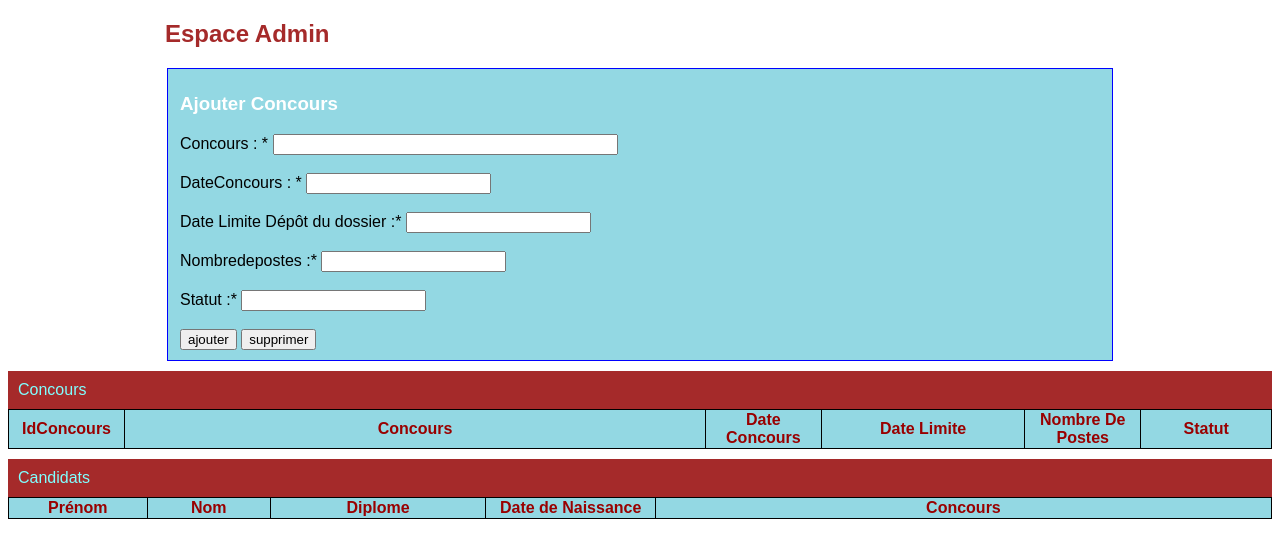
Repository: yahouari/Stage2019
Page: http://localhost/test/Gestion.jsp
These files come from the project's save history. The page is drawn as it stood at one moment and after the next save; the edit follows.
The browser window is 1280 px wide. The pictures show the whole page.
The page is served by Tomcat 9. Other server files are loaded and not shown. Queries for data that is not in the repository find no rows.

Above is the page before, as saved 2019-07-29 09:18:55.

### test/WebContent/Gestion.jsp
<%@ page pageEncoding="UTF-8" %>
<!DOCTYPE html>
<html>
<head>
		<meta charset="utf-8" />
		<link type="text/css" rel="stylesheet" href="inc/gest.css" />
        <title> Espace Admin</title>
</head>
<body>

        <div>
            <form method="get" action="GestionServlet">
            <h2><font color="brown"> Espace Admin</font></h2>

			  <fieldset>
			  <h3> Ajouter Concours</h3>
			  <label for="Concours">Concours : <span class="requis">*</span></label>
              <input type="text" id="Concours" name="Concours" value="" size="40" maxlength="40" />
              <br />
              <br />

              <label for="DateConcours">DateConcours : <span class="requis">*</span></label>
              <input type="text" id="dateConcours" name="dateConcours" value="" size="20" maxlength="20" />
              <br />
              <br />

              <label for="DateLimite">Date Limite Dépôt du dossier :<span class="requis">*</span></label>
              <input type="text" id="DateLimite" name="DateLimite" value="" size="20" maxlength="20" />
              <br />
              <br />

              <label for="nombredepostes">Nombredepostes :<span class="requis">*</span></label>
              <input type="text" id="nombredepostes" name="nombredepostes" value="" size="20" maxlength="20" />
              <br />
              <br />
               <label for="statut">Statut :<span class="requis">*</span></label>
              <input type="text" id="statut" name="statut" value="" size="20" maxlength="20" />
              <br />
              <br />



              <input type="submit" value="ajouter"  />
              <form>


			  <input type="submit" value="supprimer"  />
			  </fieldset>

        </div>
         <legend>Concours</legend>

    <div >



              <table >
                    <tbody>
                    <tr bgcolor="#93d8e3" >
                    <th style="width:8%">IdConcours</th>

                    <th style="width:40%">Concours</th>
                    <th style="width:8%">Date Concours</th>
                    <th style="width:14%">Date Limite</th>
		            <th style="width:8%">Nombre De Postes</th>

		            <th style="width:9%">Statut</th>

                    </tr>
                    <%@page import="java.sql.Connection"%>
					<%@page import="java.sql.DriverManager"%>
					<%@page import="java.sql.PreparedStatement"%>
					<%@page import="java.sql.ResultSet"%>
                  <%
                try {
                	Class.forName("com.mysql.jdbc.Driver");

                    Connection cn = DriverManager.getConnection("jdbc:mysql://localhost:3306/form","root","");

                    PreparedStatement statement = cn.prepareStatement("SELECT * FROM `gestion` order by idg");
                    ResultSet Rs = statement.executeQuery() ;


                    while (Rs.next()) {
            %>
            <tr class="info">
                <td><%=Rs.getString("idg")%></td>
                <td><%=Rs.getString("concours")%></td>
                <td><%=Rs.getString("dateconcours")%></td>
                <td><%=Rs.getString("datelimite")%></td>
                <td><%=Rs.getString("nombredepostes")%></td>
                <td><%=Rs.getString("Statut")%></td>

            </tr>
            <%
                    }

                } catch (Exception e) {
                    e.printStackTrace();
                }
            %>
        </table>
    </div>

    <legend>Candidats</legend>

    <div >



              <table >
                    <tbody>
                    <tr bgcolor="#93d8e3" >
                    <th style="width:9%">Prénom</th>
                    <th style="width:8%">Nom</th>
                    <th style="width:14%">Diplome</th>
		            <th style="width:11%">Date de Naissance</th>

		            <th style="width:40%">Concours</th>

                    </tr>
                    <%@page import="java.sql.Connection"%>
					<%@page import="java.sql.DriverManager"%>
					<%@page import="java.sql.PreparedStatement"%>
					<%@page import="java.sql.ResultSet"%>
                  <%
                try {
                	Class.forName("com.mysql.jdbc.Driver");

                    Connection cn = DriverManager.getConnection("jdbc:mysql://localhost:3306/form","root","");

                    PreparedStatement statement = cn.prepareStatement("select * from candidat");
                    ResultSet Rs = statement.executeQuery() ;


                    while (Rs.next()) {
            %>
            <tr class="info">
                <td><%=Rs.getString("prenom")%></td>
                <td><%=Rs.getString("nom")%></td>
                <td><%=Rs.getString("diplome")%></td>
                <td><%=Rs.getString("date_naissance")%></td>
                <td><%=Rs.getString("concours")%></td>
            </tr>
            <%
                    }

                } catch (Exception e) {
                    e.printStackTrace();
                }
            %>
        </table>














    </div>





</body>
</html>

### test/WebContent/inc/gest.css
@charset "UTF-8";
html {
  font-family: sans-serif;
}

form {
  width: 950px;
  margin: 0 auto;
}

div {
  margin-bottom: 10px;
}

fieldset {
  background: #93d8e3;
  border: 1px solid blue;
}

legend {
  padding: 10px;
  background: brown;
  color: #80ffff;
}

#otherValue
{
  display: none;
}

#other:checked ~ #otherValue
{
  display: inline-block;
}
table
{
    border-collapse: collapse;
    color: #900;

}
td, th /* Mettre une bordure sur les td ET les th */
{
    border: 1px solid black;
    color: #900;
}
h3
{
	 color: #ffffff
}

After the next save:
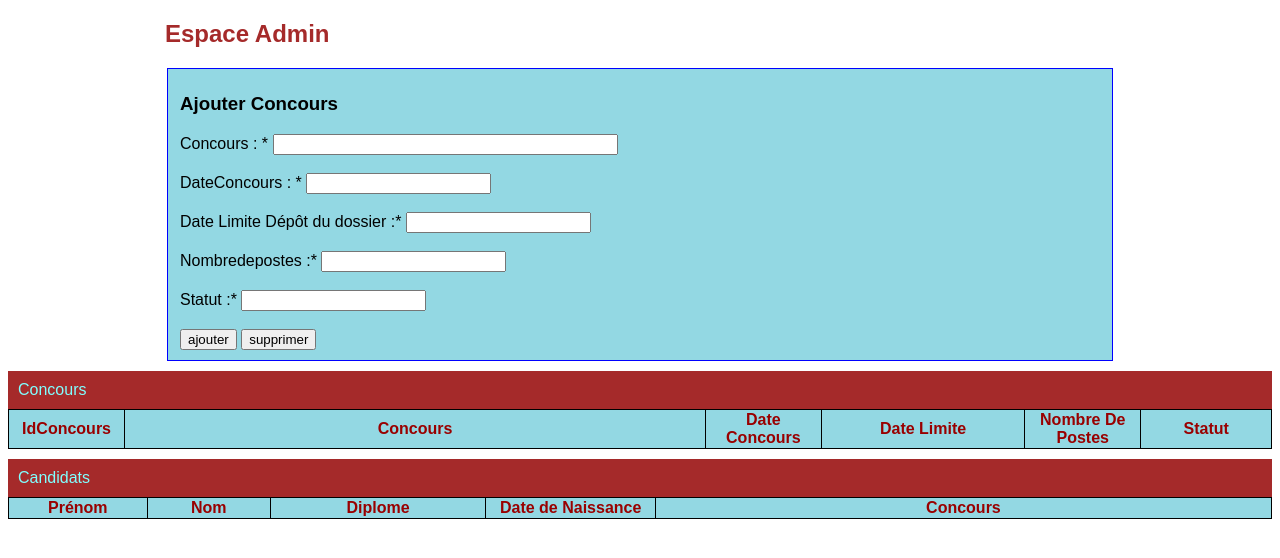
Saved 76 s later.
--- a/test/WebContent/inc/gest.css
+++ b/test/WebContent/inc/gest.css
@@ -45,5 +45,5 @@ td, th /* Mettre une bordure sur les td ET les th */
 }
 h3
 {
-	 color: #ffffff
+	 color: #fffffh
 }
